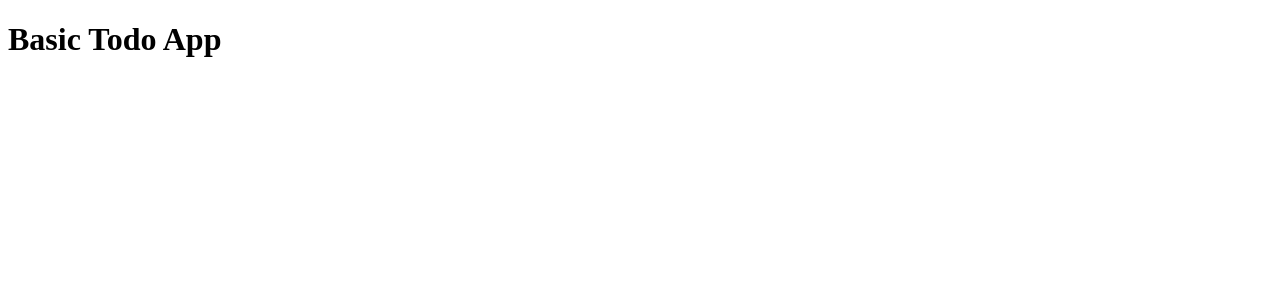
Repository: Kayla-amr/dgm_3760
Page: todoTemplate-W2/index.html
These files come from the project's save history. The page is drawn as it stood at one moment and after a run of saves; the edit follows.
The browser window is 1280 px wide. The pictures show the whole page.

Above is the page before, as saved 2022-10-05 13:28:18.

After the next 2 saves:
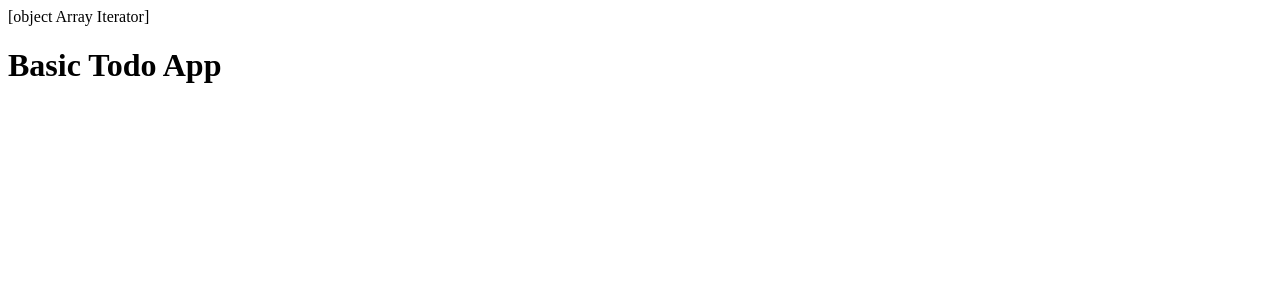
Console error: ReferenceError: todo is not defined
The 2 saves are shown as one change because they came seconds apart.
The last was saved 12 s later.
--- a/todoTemplate-W2/src/index.js
+++ b/todoTemplate-W2/src/index.js
@@ -21,8 +21,6 @@ let myApp = document.querySelector('.myApp')
 let appTitle = document.createElement ('h1')
 appTitle.textContent = 'Basic Todo App'
 
-myApp.appendChild(appTitle);
-
 // view todos
 let myList = toDo.values()
 
@@ -31,11 +29,14 @@ let displayList = () => {
 
 	for (let task of myList) {
 		// for loop will go through each object and call the name, adding it to the list
-		document.createElement ('li').myTasks.name
+		myTasks += '<li>' + task.name + '<span>' + '<i class="fa fa-trash ">' + '</i>' + '</span>' + '</li>';
 	}
-	document.querySelector ('.myApp').innerText = myTasks
+	return myApp.innerText = myList;
 };
 // Calling functions
+displayList();
+document.createElement ('li')
+
 //add todos
 // let addTask = document.createElement('input');
 // addTask.type = 'new task';
@@ -48,3 +49,10 @@ let displayList = () => {
 //show number of todos left
 
 //clear all to
+
+
+
+
+
+myApp.appendChild(appTitle);
+myApp.appendChild(todo)

After the save that followed:
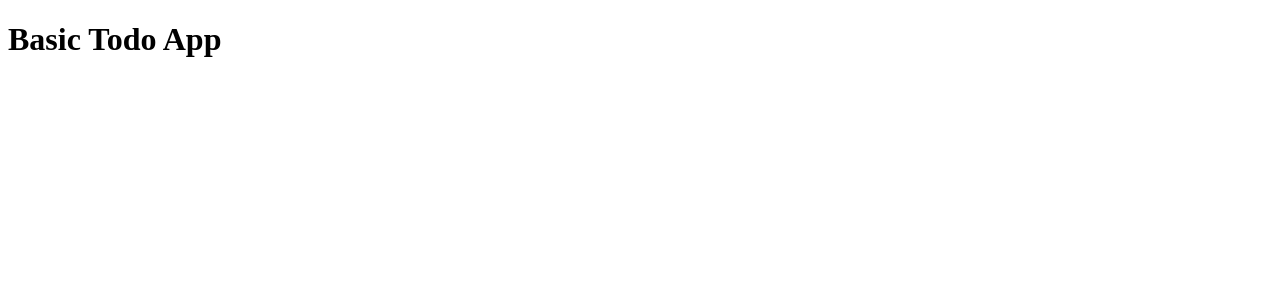
The error is gone.
Saved 7 s later.
--- a/todoTemplate-W2/src/index.js
+++ b/todoTemplate-W2/src/index.js
@@ -22,21 +22,7 @@ let appTitle = document.createElement ('h1')
 appTitle.textContent = 'Basic Todo App'
 
 // view todos
-let myList = toDo.values()
-
-let displayList = () => {
-	let myTasks = '';
-
-	for (let task of myList) {
-		// for loop will go through each object and call the name, adding it to the list
-		myTasks += '<li>' + task.name + '<span>' + '<i class="fa fa-trash ">' + '</i>' + '</span>' + '</li>';
-	}
-	return myApp.innerText = myList;
-};
-// Calling functions
-displayList();
-document.createElement ('li')
-
+let myList
 //add todos
 // let addTask = document.createElement('input');
 // addTask.type = 'new task';
@@ -55,4 +41,3 @@ document.createElement ('li')
 
 
 myApp.appendChild(appTitle);
-myApp.appendChild(todo)
